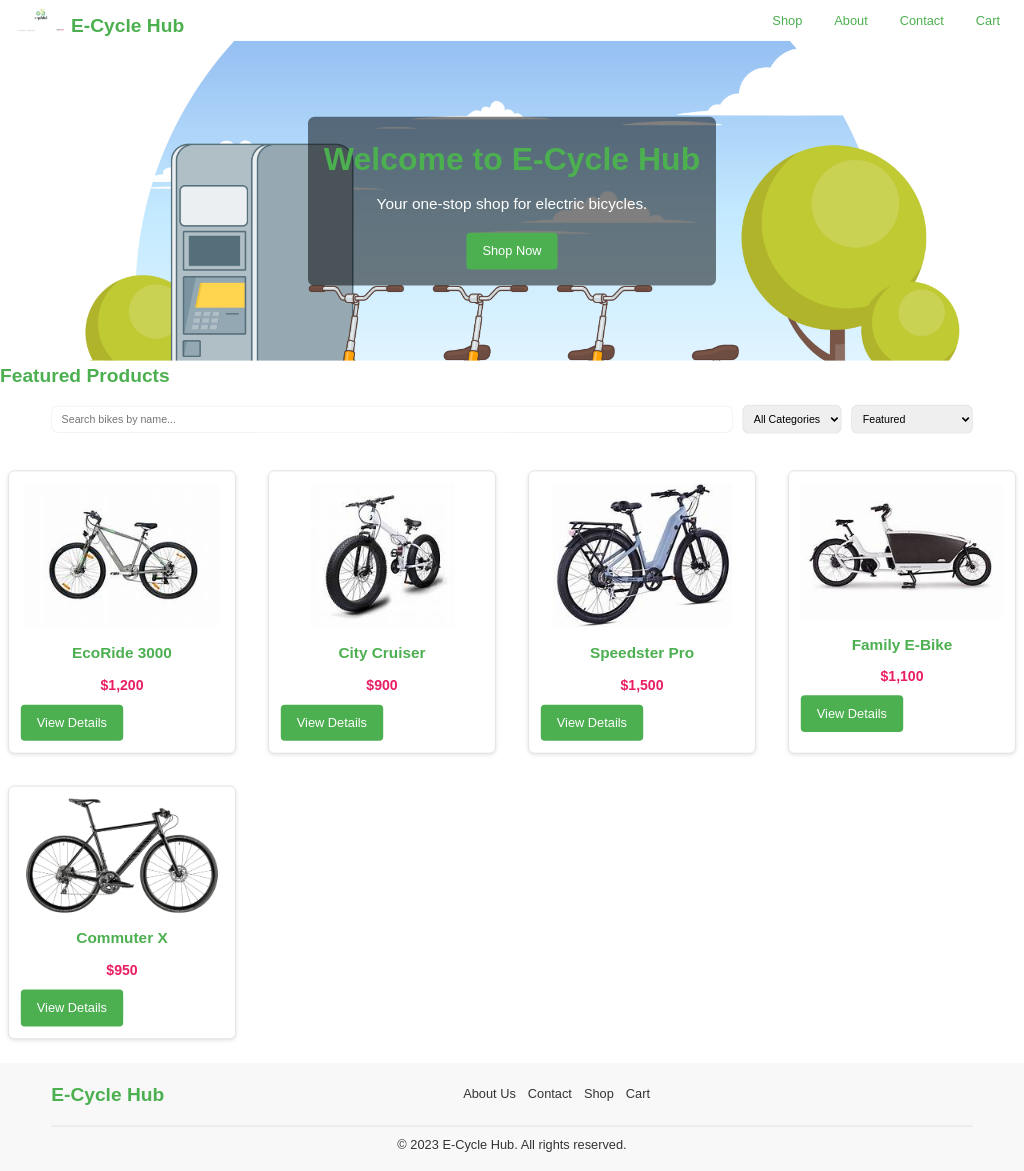
Repository: Rutuja-g/E-Cycle-Hub
Page: public/index.html
These files come from the project's save history. The page is drawn as it stood at one moment and after the next save; the edit follows.
The browser window is 1280 px wide. The pictures show the whole page, at 80% of full size.

Above is the page before, as saved 2025-10-21 18:00:25.

After the next save:
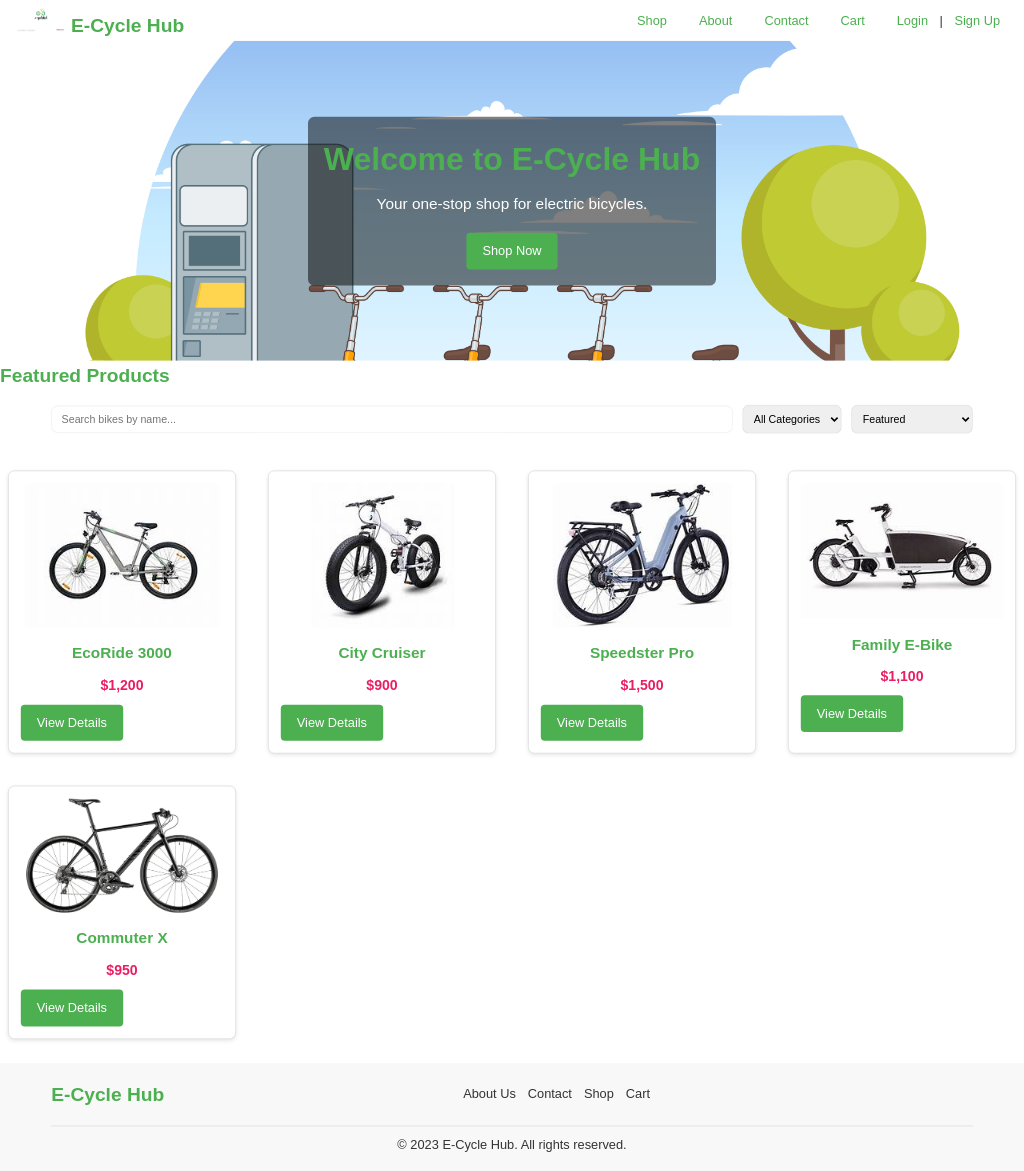
Saved 10 min 30 s later.
--- a/public/index.html
+++ b/public/index.html
@@ -28,6 +28,12 @@
           <li><a href="about.html">About</a></li>
           <li><a href="contact.html">Contact</a></li>
           <li><a href="cart.html">Cart</a></li>
+          <li id="user-info" style="display: none">
+            <span id="user-name"></span> | <a href="#" id="logout">Logout</a>
+          </li>
+          <li id="auth-links">
+            <a href="login.html">Login</a> | <a href="signup.html">Sign Up</a>
+          </li>
         </ul>
       </nav>
     </header>
@@ -87,5 +93,6 @@
     </footer>
 
     <script src="js/main.js"></script>
+    <script src="js/auth.js"></script>
   </body>
 </html>
